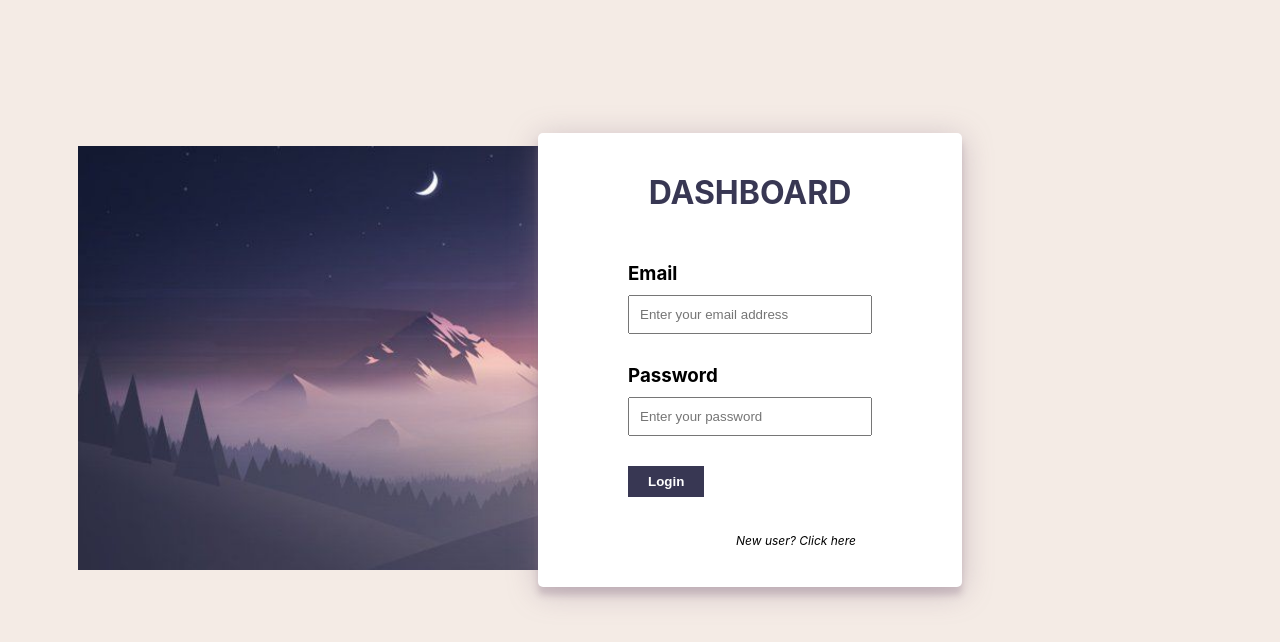
Repository: syni18/internshala-project
Page: /
An editor plug-in stored every save of this project. The page is shown before and after the next save, followed by the edit.
The browser window is 1280 px wide. The pictures show the whole page.
The project was rebuilt for these pictures with package versions that can differ from the ones it lists, and the page was loaded fresh each time. Also part of the build but not shown: src/dashboard/sidebar.css, src/dashboard/Sidebar.jsx, src/home/home.css, src/home/Home.jsx, src/profile/profile.css, src/profile/Profile.jsx, src/todocal/TodoList.jsx, src/todocal/Todo.jsx and 4 more.

Above is the page before, as saved 2022-08-30 16:18:48.

### src/StateProvider.jsx
import { createContext, useContext, useState, useEffect } from "react";
import {
  signInWithEmailAndPassword,
  createUserWithEmailAndPassword,
  onAuthStateChanged,
  signOut,
  updateProfile,
  sendPasswordResetEmail,
} from "firebase/auth";
import { auth } from "./firebaseconfig";

export const UserContext = createContext({});

export const useUserContext = () => {
  return useContext(UserContext);
};

export const UserContextProvider = ({ children }) => {
  const [user, setUser] = useState(null);
  const [loading, setLoading] = useState(false);
  const [error, setError] = useState("");

  useEffect(() => {

    setLoading(true);
    const unsubscribe = onAuthStateChanged(auth, (res) => {
      if (res) {
        setUser(res);
      } else {
        setUser(null);
      }
      setError("");
      setLoading(false);
    });
    return unsubscribe;
  }, []);

  const registerUser = (email, password, name) => {
    setLoading(true);
    createUserWithEmailAndPassword(auth, email, password)
      .then(() =>
        updateProfile(auth.currentUser, {
          displayName: name,
        })
      )
      .then((res) => console.log(res))
      .catch((err) => setError(err.message))
      .finally(() => setLoading(false));
  };

  const signInUser = (email, password) => {
    setLoading(true);
    signInWithEmailAndPassword(auth, email, password)
      .then((res) => console.log(res))
      .catch((err) => setError(err.code))
      .finally(() => setLoading(false));
  };

  const logoutUser = () => {
    signOut(auth);
  };

  const forgotPassword = (email) => {
    return sendPasswordResetEmail(auth, email);
  };

  const contextValue = {
    user,
    loading,
    error,
    signInUser,
    registerUser,
    logoutUser,
    forgotPassword,
  };
  return (
    <UserContext.Provider value={contextValue}>{children}</UserContext.Provider>
  );
};

### src/login/Login.jsx
import React, { useRef } from "react";
import { useUserContext } from "../StateProvider";
import bgwall from '../images/bgwall.jpg'
import "./login.css";

function Login() {

  const emailRef = useRef();
  const psdRef = useRef();
  const { registerUser } = useUserContext();
  const { signInUser,  } = useUserContext();


  const onSubmit = (e) => {
    e.preventDefault();
    const email = emailRef.current.value;
    const password = psdRef.current.value;
    if (email && password) {
      registerUser(email, password);
    }
  };

  const onSignin = (e) => {
    e.preventDefault();
    const email = emailRef.current.value;
    const password = psdRef.current.value;
    if (email && password) {
      signInUser(email, password)
    };
  };


  return (
    <div className="login">
      <div className="login_img">
        <img src={bgwall} alt="" />
      </div>
      <div className="login_container">
        <h1>DASHBOARD</h1>
        <form onSubmit={onSubmit}>
          <h3>Email</h3>
          <input
            type="email"
            ref={emailRef}
            placeholder="Enter your email address"
          />
          <h3>Password</h3>
          <input
            type="password"
            ref={psdRef}
            placeholder="Enter your password"
          />

          <button onClick={onSignin}>Login</button>
          {/* <button class="btn" onClick={onSubmit}>Sign Up</button> */}
        </form>
      </div>
    </div>
  );
}

export default Login

### src/login/Auth.jsx
import React, { useState } from "react";
import Login from "./Login";
import SignUp from "./SignUp";
import './auth.css'
const Auth = () => {
  const [index, setIndex] = useState(false);
  const toggleIndex = () => {
    setIndex((prevState) => !prevState);
  };
  return (
    <div className="container">
      {!index ? <Login /> : <SignUp />}
      <p onClick={toggleIndex}>
        {!index ? "New user? Click here " : "Already have an acount?"}
      </p>
    </div>
  );
};

export default Auth;

### src/firebaseconfig.jsx
// import firebase from './firebase'
import {initializeApp} from 'firebase/app'
import {getAuth} from 'firebase/auth'


const firebaseConfig = {
  apiKey: "AIzaSyDVNoV1MkQllHisnoMCIAddM7Hvozm_pHI",
  authDomain: "internshala-project-b7454.firebaseapp.com",
  projectId: "internshala-project-b7454",
  storageBucket: "internshala-project-b7454.appspot.com",
  messagingSenderId: "542399112034",
  appId: "1:542399112034:web:14aea6166a26dbb89c823b",
  measurementId: "G-8Q498T4H87",
};

const app = initializeApp(firebaseConfig);


export const auth = getAuth(app);
export default app;

### src/login/login.css
.login {
    background-color: #F4EBE5;
    height: 100vh;
    width: 100vw;
    display: flex;
    justify-content: center;
    align-items: center;
}

.login_img img {
    width: 700px;
    /* border-radius: 100px; */
    transform: rotate(360deg)

}

.login_container {
    /* border: 3px solid rgb(56, 55, 83); */
    border-left: none;
    position: relative;
    right: 240px;
    padding:90px;
    text-align: center;
    background-color: #fff;
    border-radius: 5px;
    box-shadow: 0 8px 6px rgb(143, 118, 140,0.3),
        0 5px 30px rgb(143, 118, 140,0.4);
}
.login_container h1 {
    display: flex;
    margin-top: -50px;
    margin-bottom: 50px;
    color: rgb(56, 55, 83);
    align-items: center;
    justify-content: center;
}
.login_container .btn{
    position: absolute;
    bottom: 4.8%;
    left: 0;
    width: 80%;
    padding: 10px 0;
    border-top-right-radius: 30px;
    border-bottom-right-radius: 30px;
    cursor: pointer;
}
.login_container form {
    display: flex;
    flex-direction: column;
}
.login_container form h3 {
    text-align: left;
    margin-bottom: 10px;
}
.login_container  input {
    padding: 10px 10px;
    margin-bottom: 30px;
    outline: none;
    width: 220px;
}
.login_container button {
        background-color: rgb(56, 55, 83);
        color: white;
        border: none;
        padding: 8px 20px;
        width: max-content;
        font-weight: 600;
}

### src/todocal/todo.css
.dashboard_body {
    background-image: url("../images/dashboardSidebar.jpg");
        background-position:right;
        background-repeat: no-repeat;
        background-size:78%;
        overflow: scroll;

        /* border-bottom-right-radius: 10px; */
}

::-webkit-scrollbar {
    width: 20px;
}
::-webkit-scrollbar-thumb{
    display: none;
}
.forTodo h1 {
    margin: 20px 10px;
    display: flex;
    justify-content: space-between;
    align-items: center;
    position: sticky;
    top: 5%;
}
.todo_container {
    margin-top: 30px;
    display: flex;
    justify-content: flex-start;
    align-items: center;
    position: sticky;
    top: 17%;
    background: #fff;
}
.todo_container input {
    padding: 10px;
    width: 30%;
    outline: none;
    border: none;
    border-bottom: 2px solid salmon;
}
.todo_container  .MuiSvgIcon-root {
    color: #93c0be;
}
.todo_container .MuiSvgIcon-root:hover {
    color: rgb(110, 181, 5);
    transform: rotate(120deg);
}
.todo_list {
    margin-top: 15px;
    margin-left: 20px;
    font-size: 20px;


}
.todo_list ol {
    list-style: none;
    position: fixed;
    max-height: 380px;
    overflow: scroll;

}
.todo_list ol li {
    display: flex;
    justify-content: flex-start;
    align-items: center;
    font-weight: 300;
}
.todo_list ol li .MuiSvgIcon-root{
    padding-right: 20px;
    font-size: 30px;
}
.todo_list ol li .MuiSvgIcon-root:hover{
    color: rgb(248, 28, 28);
}

### src/login/auth.css
.container > p {
    position: absolute;
    top: 74%;
    left: 57.5%;
    font-size: 12px;
    font-style: italic;
    cursor: pointer;
}

Loaded but not shown: public/index.html (common file); src/index.js (common file); src/index.css (common file); src/App.js (common file); src/App.css (common file)

After the next save:
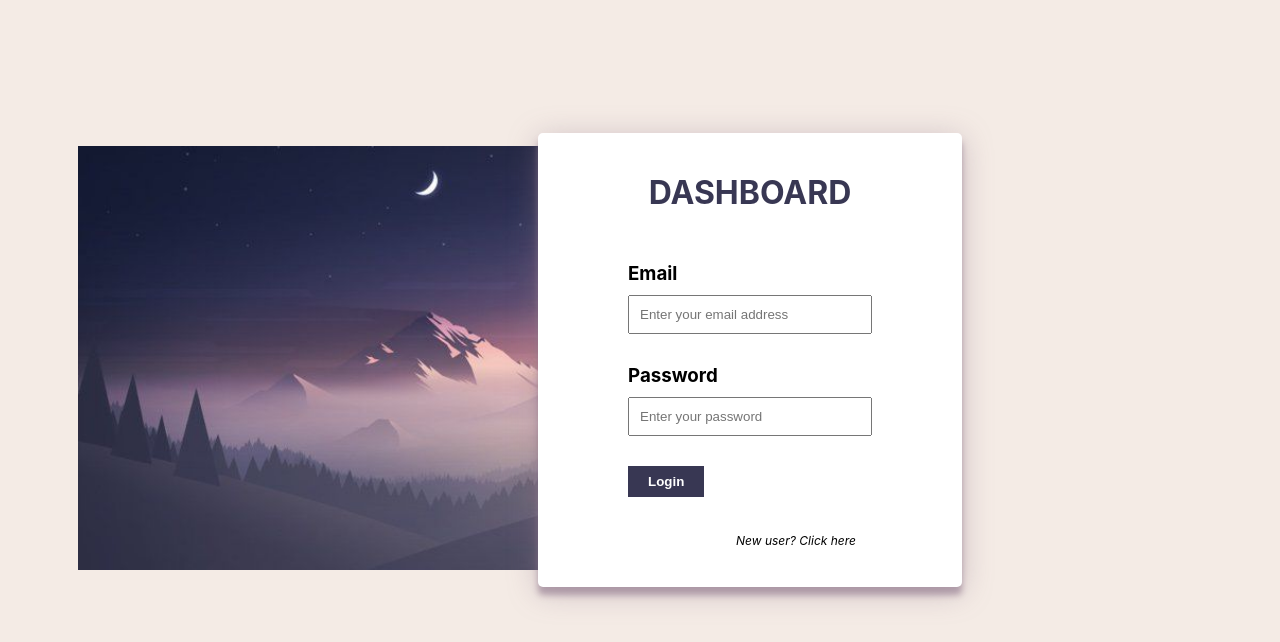
Saved 8 s later.
--- a/src/login/login.css
+++ b/src/login/login.css
@@ -23,7 +23,7 @@
     text-align: center;
     background-color: #fff;
     border-radius: 5px;
-    box-shadow: 0 8px 6px rgb(143, 118, 140,0.3),
+    box-shadow: 0 8px 6px rgb(143, 118, 140,0.6),
         0 5px 30px rgb(143, 118, 140,0.4);
 }
 .login_container h1 {
